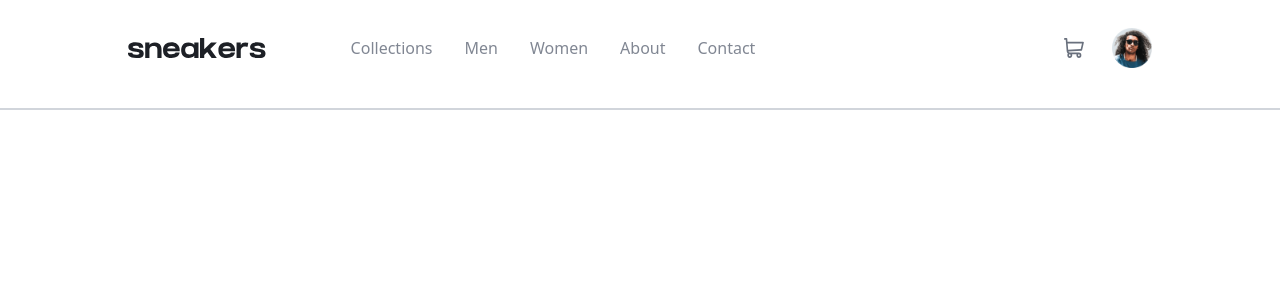
Repository: Sef24/product-design-sneakers
Page: /
These files come from the project's save history. The page is drawn as it stood at one moment and after the next save; the edit follows.
The browser window is 1280 px wide. The pictures show the whole page.
The project was rebuilt for these pictures with package versions that can differ from the ones it lists, and the page was loaded fresh each time.

Above is the page before, as saved 2022-06-11 21:28:47.

After the next save:
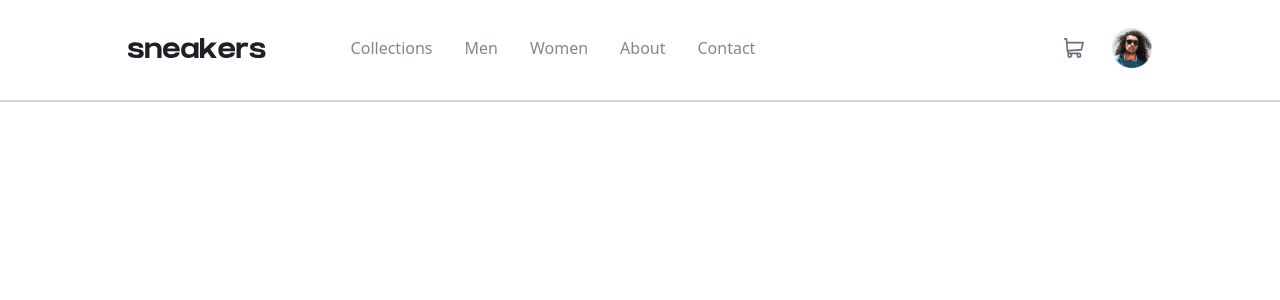
Saved 6 s later.
--- a/src/components/Nav.js
+++ b/src/components/Nav.js
@@ -5,7 +5,7 @@
 
 function Nav() {
   return (
-    <main className=" border-b-2 border-gray-300 pb-10">
+    <main className=" border-b-2 border-gray-300 pb-8">
       <section className="flex items-center justify-between mx-32 pt-7 ">
         <div>
           <img src={logo} alt="" className="h-5" />
